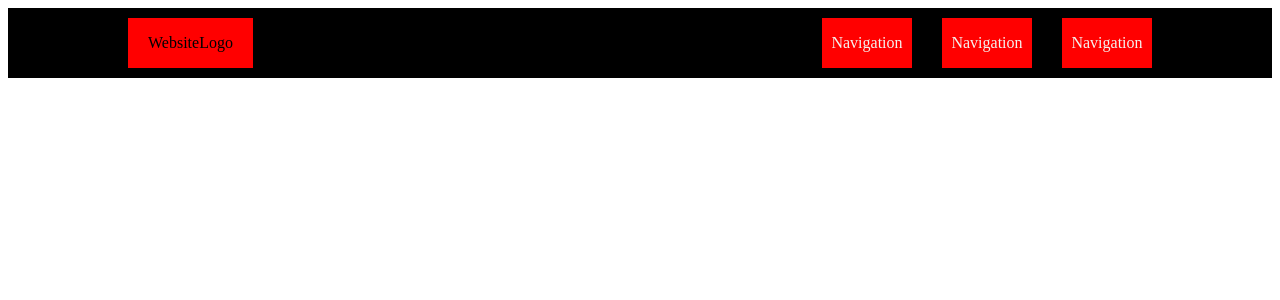
Repository: piotrokrutniak/Projekt-Studia
Page: index.html
These files come from the project's save history. The page is drawn as it stood at one moment and after the next save; the edit follows.
The browser window is 1280 px wide. The pictures show the whole page.

Above is the page before, as saved 2023-03-04 02:51:22.

### index.html
<!DOCTYPE html>
<head>
    <meta charset="UTF-8" />
    <meta http-equiv="X-UA-Compatible" content="IE=edge" />
    <meta name="viewport" content="width=device-width, initial-scale=1.0" />
    <link rel="stylesheet" type="text/css" href="styles.css" />
    <title>Website Title</title>
</head>
<body>
    <div class="navbar-container">
        <div class="navbar">
            <div class="logo">
                <div class="logo-contents">
                    WebsiteLogo
                </div>
            </div>
            <div class="navigation">
                <a href="/index" class="navigation-link">
                    <div class="navigation-button">
                        Navigation
                    </div>
                </a>
                <a href="/index" class="navigation-link">
                    <div class="navigation-button">
                        Navigation
                    </div>
                </a>
                <a href="/index" class="navigation-link">
                    <div class="navigation-button">
                        Navigation
                    </div>
                </a>
            </div>
        </div>
    </div>
</body>

### styles.css
.navbar-container{
    width: 100%;
    height: 70px;
    background: black;
    position: sticky;
    top: 0;
}

.navbar{
    position: relative;
    max-width: 1024px;
    min-width: 328px;
    top: 0px;
    margin: auto;
    display: flex;
    flex-direction:row;
    justify-content: space-between;
    top: 50%;
    -ms-transform: translateY(-50%);
    transform: translateY(-50%);

}

a{
    text-decoration: none;
    color:rgb(245, 242, 238);
}

.navigation-link{
    position: relative;
    background: red;
    height: 50px;

}

.navigation-link:hover{
    border-bottom: 2px solid;
    border-color: aqua;

}

.navigation{
    display: grid;
    grid-template-columns: 90px 90px 90px;
    grid-gap: 30px;
}

.navigation-button{
    text-align: center;
    position: relative;
    top: 50%;
    -ms-transform: translateY(-50%);
    transform: translateY(-50%);
}

.logo{
    position: relative;
    background: red;
    height: 50px;
    padding-left: 20px;
    padding-right: 20px;
}

.logo-contents{
    text-align: center;
    position: relative;
    top: 50%;
    -ms-transform: translateY(-50%);
    transform: translateY(-50%);
}

After the next save:
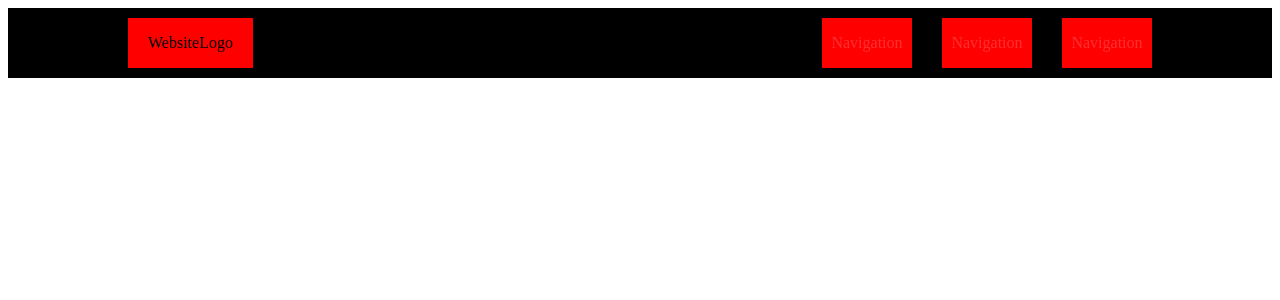
Saved 51 s later.
--- a/styles.css
+++ b/styles.css
@@ -23,7 +23,7 @@
 
 a{
     text-decoration: none;
-    color:rgb(245, 242, 238);
+    color:rgba(245, 242, 238, 0.2);
 }
 
 .navigation-link{

After the save that followed:
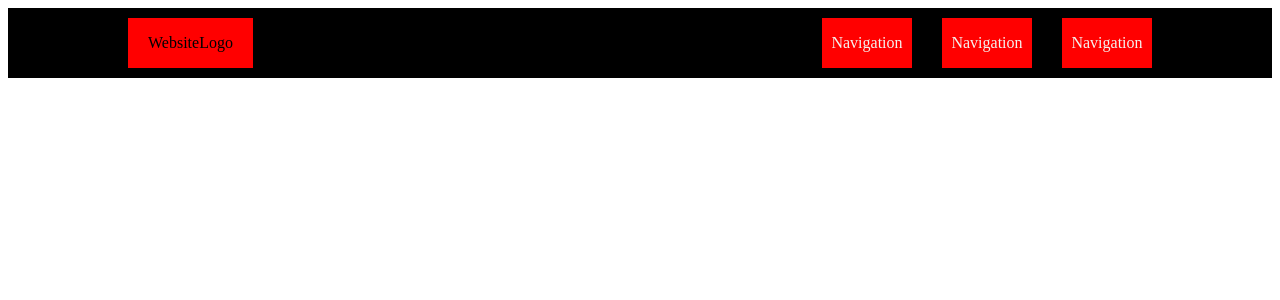
Saved 8 s later.
--- a/styles.css
+++ b/styles.css
@@ -23,7 +23,7 @@
 
 a{
     text-decoration: none;
-    color:rgba(245, 242, 238, 0.2);
+    color:rgba(245, 242, 238);
 }
 
 .navigation-link{
